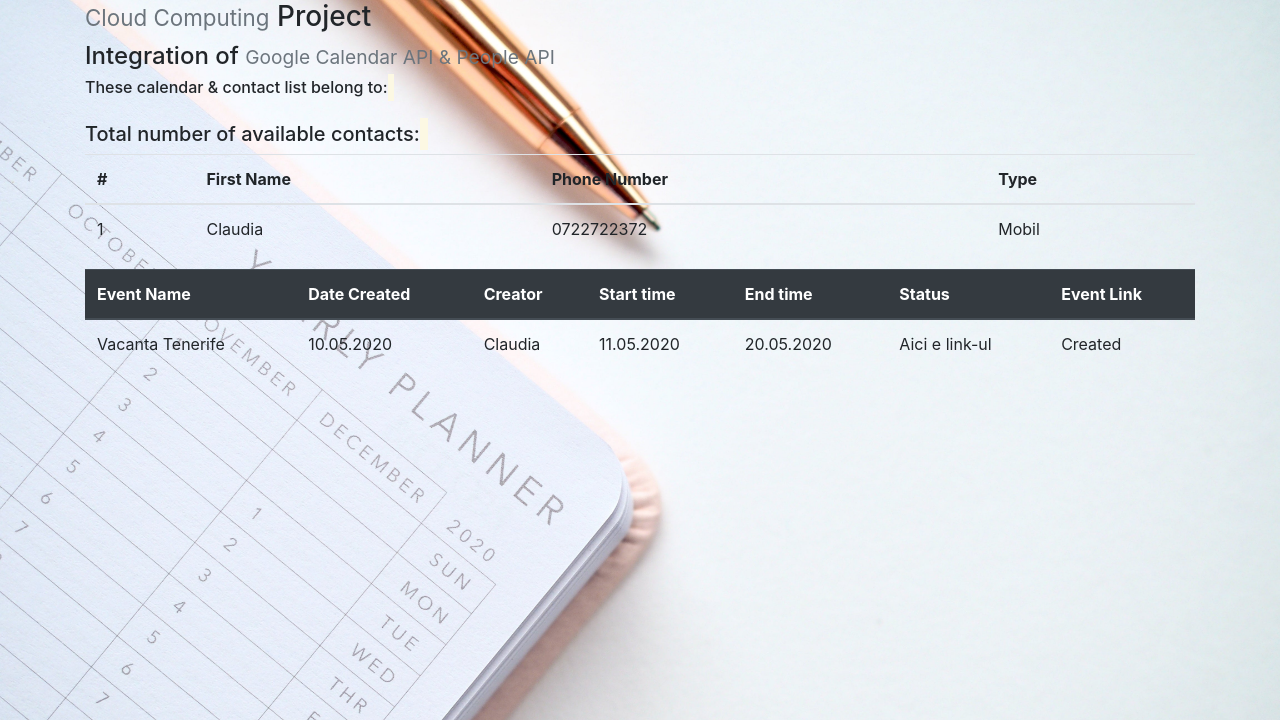
Repository: ClaudiaGheorghe97/cloudcomputing
Page: frontend1/index.html
The author's editor kept a record of every edit. The page is drawn from the files as they stood at one moment, then again after the next edit.
The browser window is 1280 px wide. The pictures show the whole page.

Above is the page before.

### frontend1/index.html
<!DOCTYPE html>
<html>
  <head>

    <!--Bootstrap -->
    <link rel="stylesheet" href="https://stackpath.bootstrapcdn.com/bootstrap/4.4.1/css/bootstrap.min.css" integrity="sha384-Vkoo8x4CGsO3+Hhxv8T/Q5PaXtkKtu6ug5TOeNV6gBiFeWPGFN9MuhOf23Q9Ifjh" crossorigin="anonymous" />
    <!--Bootstrap Scripts -->
    <script src="https://code.jquery.com/jquery-3.4.1.slim.min.js" integrity="sha384-J6qa4849blE2+poT4WnyKhv5vZF5SrPo0iEjwBvKU7imGFAV0wwj1yYfoRSJoZ+n" crossorigin="anonymous"></script>
    <script src="https://cdn.jsdelivr.net/npm/popper.js@1.16.0/dist/umd/popper.min.js" integrity="sha384-Q6E9RHvbIyZFJoft+2mJbHaEWldlvI9IOYy5n3zV9zzTtmI3UksdQRVvoxMfooAo" crossorigin="anonymous"></script>
    <script src="https://stackpath.bootstrapcdn.com/bootstrap/4.4.1/js/bootstrap.min.js" integrity="sha384-wfSDF2E50Y2D1uUdj0O3uMBJnjuUD4Ih7YwaYd1iqfktj0Uod8GCExl3Og8ifwB6" crossorigin="anonymous"></script>

    <title>Google Calendar API Quickstart</title>
    <meta charset="utf-8" />
    <script src="https://ajax.googleapis.com/ajax/libs/jquery/3.5.1/jquery.min.js"></script>
  </head>
 <style>
body {
  background-image: url('background1.jpg');
  background-repeat: no-repeat;
  background-attachment: fixed;
  background-size: cover;
}
</style>
  <div class = "container">

  <body>


    <h3>
    <small class="text-muted">Cloud Computing</small>
    Project
    </h3>
    <h4>
      Integration of
      <small class ="text-muted"> Google Calendar API & People API </small>
    </h4>
    <h6>These calendar & contact list belong to: <mark id="h5"></mark></h6>
    <!--Add buttons to initiate auth sequence and sign out-->
    <button id="authorize_button" style="display: none;">Authorize</button>
    <button id="signout_button" style="display: none;">Sign Out</button>

    <pre id="content" style="white-space: pre-wrap;"></pre>

    <h5>Total number of available contacts:<mark id="contactnumber"></mark> </h5>

    <table id="tabelContacte" class="table">
        <thead class="table table-striped">
      <tr>
        <th>#</th>
        <th>First Name</th>
        <th>Phone Number</th>
        <th>Type</th>
      </tr>
      <tr>
        <td>1</td>
        <td>Claudia</td>
        <td>0722722372</td>
        <td>Mobil</td>
      </tr>
      </thead>
    </table>

    <table id="tabel" class="table">
        <thead class="thead-dark">
      <tr>
        <th>Event Name</th>
        <th>Date Created</th>
        <th>Creator</th>
        <th>Start time</th>
        <th>End time</th>
        <th>Status</th>
        <th>Event Link</th>
      </tr>
      <tr>
        <td>Vacanta Tenerife</td>
        <td>10.05.2020</td>
        <td>Claudia</td>
        <td>11.05.2020</td>
        <td>20.05.2020</td>
        <td>Aici e link-ul</td>
        <td>Created</td>
      </tr>
      </thead>
    </table>

    <a id ="link">  </a>

    <script type="text/javascript">
      // Client ID and API key from the Developer Console
      var CLIENT_ID = '392338611851-mdkupajl9njdpfvvgv7q5v85nelq35pg.apps.googleusercontent.com';
      var API_KEY = 'AIzaSyDoV2S5z-5YXDKtrURunY0XpRwiKytx-N4';

      // Array of API discovery doc URLs for APIs used by the quickstart
      var DISCOVERY_DOCS = ["https://www.googleapis.com/discovery/v1/apis/calendar/v3/rest"];

      // Authorization scopes required by the API; multiple scopes can be
      // included, separated by spaces.
      var SCOPES = "https://www.googleapis.com/auth/calendar.readonly";


    // Second API
     // Client ID and API key from the Developer Console
      var CLIENT_ID1 = '392338611851-069rdkebjo635ca181ufr881pvcpmh2h.apps.googleusercontent.com';
      var API_KEY1 = 'AIzaSyDvBFEdc8CFMrrtExzjWlaxsr_0ShhdGFM';

      // Array of API discovery doc URLs for APIs used by the quickstart
      var DISCOVERY_DOCS1 = ["https://www.googleapis.com/discovery/v1/apis/people/v1/rest"];

      // Authorization scopes required by the API; multiple scopes can be
      // included, separated by spaces.
      var SCOPES1 = "https://www.googleapis.com/auth/contacts.readonly";
    //End Second API

      var authorizeButton = document.getElementById('authorize_button');
      var signoutButton = document.getElementById('signout_button');

      /**
       *  On load, called to load the auth2 library and API client library.
       */
      function handleClientLoad() {
        gapi.load('client:auth2', initClient);
      }


      //SECOND API

      function handleClientLoad1() {
        gapi.load('client:auth2', initClient1);
      }
      /**
       *  Initializes the API client library and sets up sign-in state
       *  listeners.
       */
      function initClient() {
        gapi.client.init({
          apiKey: API_KEY,
          clientId: CLIENT_ID,
          discoveryDocs: DISCOVERY_DOCS,
          scope: SCOPES
        }).then(function () {
          // Listen for sign-in state changes.
          gapi.auth2.getAuthInstance().isSignedIn.listen(updateSigninStatus);

          // Handle the initial sign-in state.
          updateSigninStatus(gapi.auth2.getAuthInstance().isSignedIn.get());
          authorizeButton.onclick = handleAuthClick;
          signoutButton.onclick = handleSignoutClick;
        }, function(error) {
          appendPre(JSON.stringify(error, null, 2));
        });
      }



      //SECOND API

      function initClient1() {
        gapi.client.init({
          apiKey: API_KEY1,
          clientId: CLIENT_ID1,
          discoveryDocs: DISCOVERY_DOCS1,
          scope: SCOPES1
        }).then(function () {
          // Listen for sign-in state changes.
          gapi.auth2.getAuthInstance().isSignedIn.listen(updateSigninStatus);

          // Handle the initial sign-in state.
          updateSigninStatus(gapi.auth2.getAuthInstance().isSignedIn.get());
          authorizeButton.onclick = handleAuthClick;
          signoutButton.onclick = handleSignoutClick;
        }, function(error) {
          appendPre(JSON.stringify(error, null, 2));
        });
      }





      /**
       *  Called when the signed in status changes, to update the UI
       *  appropriately. After a sign-in, the API is called.
       */
      function updateSigninStatus(isSignedIn) {
        if (isSignedIn) {
          authorizeButton.style.display = 'none';
          signoutButton.style.display = 'block';
          listUpcomingEvents();
          listConnectionNames();
        } else {
          authorizeButton.style.display = 'block';
          signoutButton.style.display = 'none';

        }
      }

      /**
       *  Sign in the user upon button click.
       */
      function handleAuthClick(event) {
        gapi.auth2.getAuthInstance().signIn();
      }

      /**
       *  Sign out the user upon button click.
       */
      function handleSignoutClick(event) {
        gapi.auth2.getAuthInstance().signOut();
      }

      /**
       * Append a pre element to the body containing the given message
       * as its text node. Used to display the results of the API call.
       *
       * @param {string} message Text to be placed in pre element.
       */
      function appendPre(message) {
        var pre = document.getElementById('content');
        var textContent = document.createTextNode(message + '\n');
        pre.appendChild(textContent);
      }

      /**
       * Print the summary and start datetime/date of the next ten events in
       * the authorized user's calendar. If no events are found an
       * appropriate message is printed.
       */

      function listUpcomingEvents() {
        gapi.client.calendar.events.list({
          'calendarId': 'primary',
          'timeMin': (new Date()).toISOString(),
          'showDeleted': false,
          'singleEvents': true,
          'maxResults': 10,
          'orderBy': 'startTime'
        }).then(function(response) {
          console.log(response);
          var events = response.result.items;


          if (events.length > 0) {
            for (i = 0; i < events.length; i++) {
              var event = events[i];
              var when = event.start.dateTime;
              if (!when) {
                when = event.start.date;
              }
              $('#tabel tr:last').after('<tr><td><b>'+event.summary+'</b></td><td>'+event.created+'</td><td>'+event.creator.email+'</td><td>'+event.start.dateTime+'</td><td>'+event.end.dateTime+'</td><td>'+event.status+'</td><td><a href="'+event.htmlLink+'">link</a></td></tr>');
              $("#h1").html('Calendarul utilizatorului cu adresa: ' + event.creator.email);
              $("#link").attr("href", event.htmlLink);
              $("#h5").html(event.creator.email);


            }
          } else {
            appendPre('No upcoming events found.');
          }
        });
      }
      function startest(){
        handleClientLoad1();
        handleClientLoad();
      }

      function listConnectionNames() {
        gapi.client.people.people.connections.list({
           'resourceName': 'people/me',
           'pageSize': 10,
           'personFields': 'names,emailAddresses,phoneNumbers',
         }).then(function(response) {
           console.log(response);
           var connections = response.result.connections;
            if (connections.length > 0) {
             for (i = 0; i < connections.length; i++) {
               var person = connections[i];
               if (person.names && person.names.length > 0) {
                 //appendPre(person.names[0].displayName);
               }

               else {
                 appendPre("No display name found for connection.");
               }

               $('#tabelContacte tr:last').after('<tr><td>'+i+'</td><td><b>'+person.names[0].givenName+'</b></td><td>'+person.phoneNumbers[0].canonicalForm+'</td><td>'+person.phoneNumbers[0].type+'</td></tr>');
               $("#contactnumber").html(response.result.totalPeople);

             }
           } else {
             appendPre('No connections found.');
           }
         });
      }

    </script>

    <script async defer src="https://apis.google.com/js/api.js"
      onload="this.onload=function(){};startest()"
      onreadystatechange="if (this.readyState === 'complete') this.onload()">
    </script>
    </body>
  </div>
</html>

After the next edit:
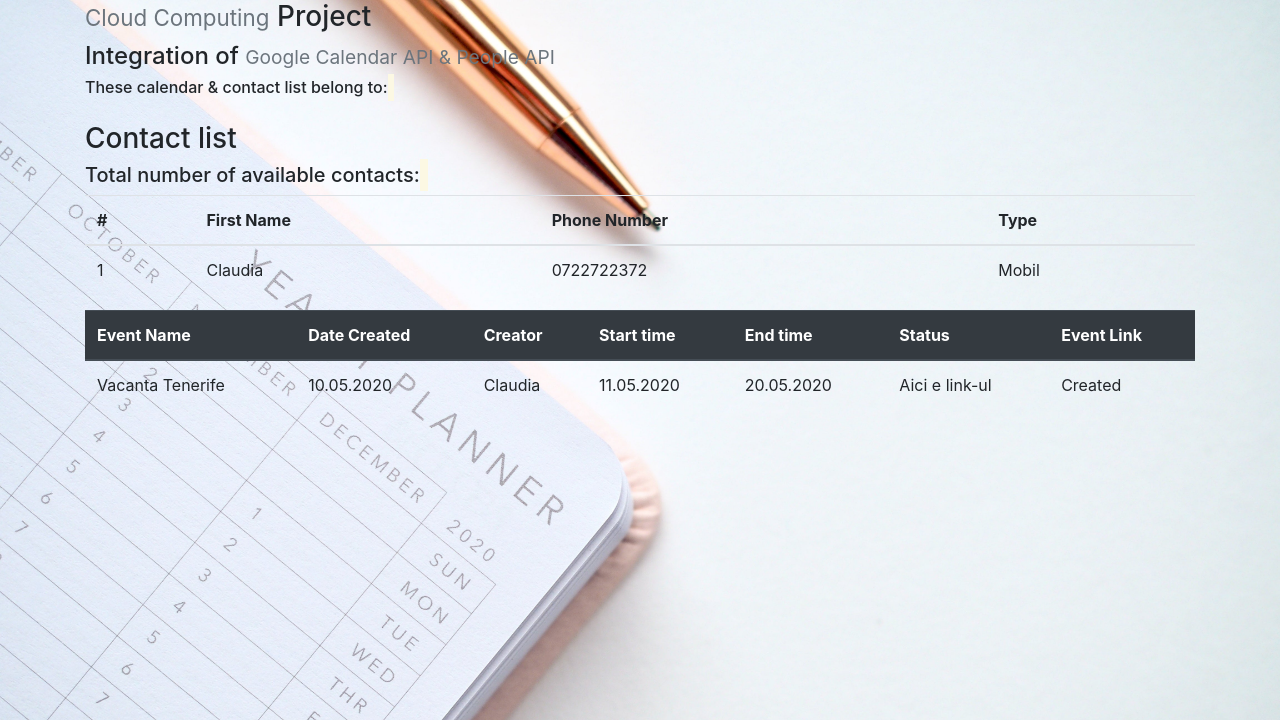
The edit:
--- a/frontend1/index.html
+++ b/frontend1/index.html
@@ -40,7 +40,7 @@
     <button id="signout_button" style="display: none;">Sign Out</button>
 
     <pre id="content" style="white-space: pre-wrap;"></pre>
-
+    <h3 class="detail">Contact list</h3>
     <h5>Total number of available contacts:<mark id="contactnumber"></mark> </h5>
 
     <table id="tabelContacte" class="table">
